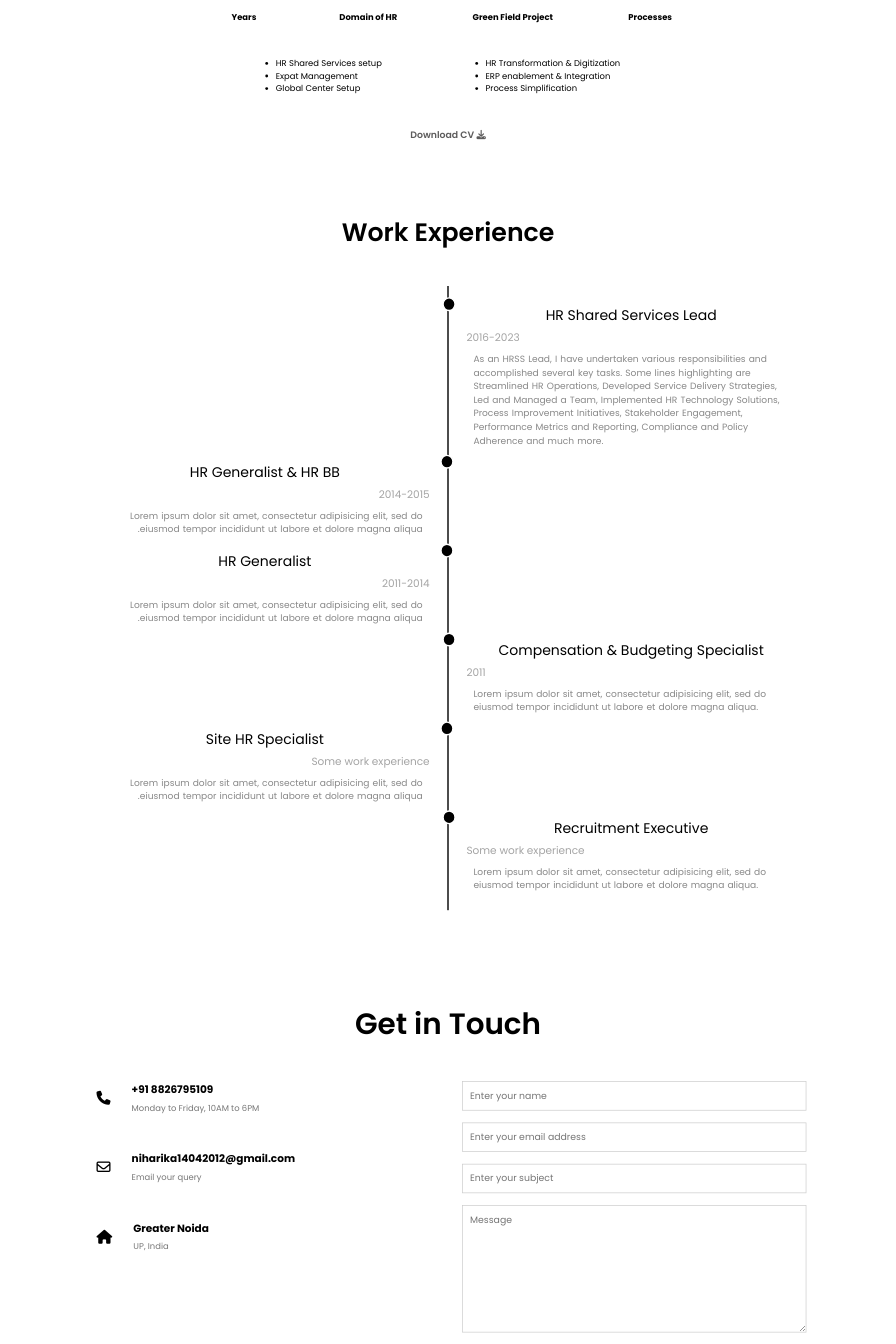
Repository: xoshiraghavx/Niharika-portfolio
Page: index.html
An editor plug-in stored every save of this project. The page is shown before and after a run of saves, followed by the edit.
The browser window is 1280 px wide. The pictures show the part of the page from y = 1102 to 3022 px (the page is 3145 px tall), at 70% of full size.
Some web libraries are served in a nearby version.

Above is the page before, as saved 2023-06-16 10:36:10.

After the next 3 saves:
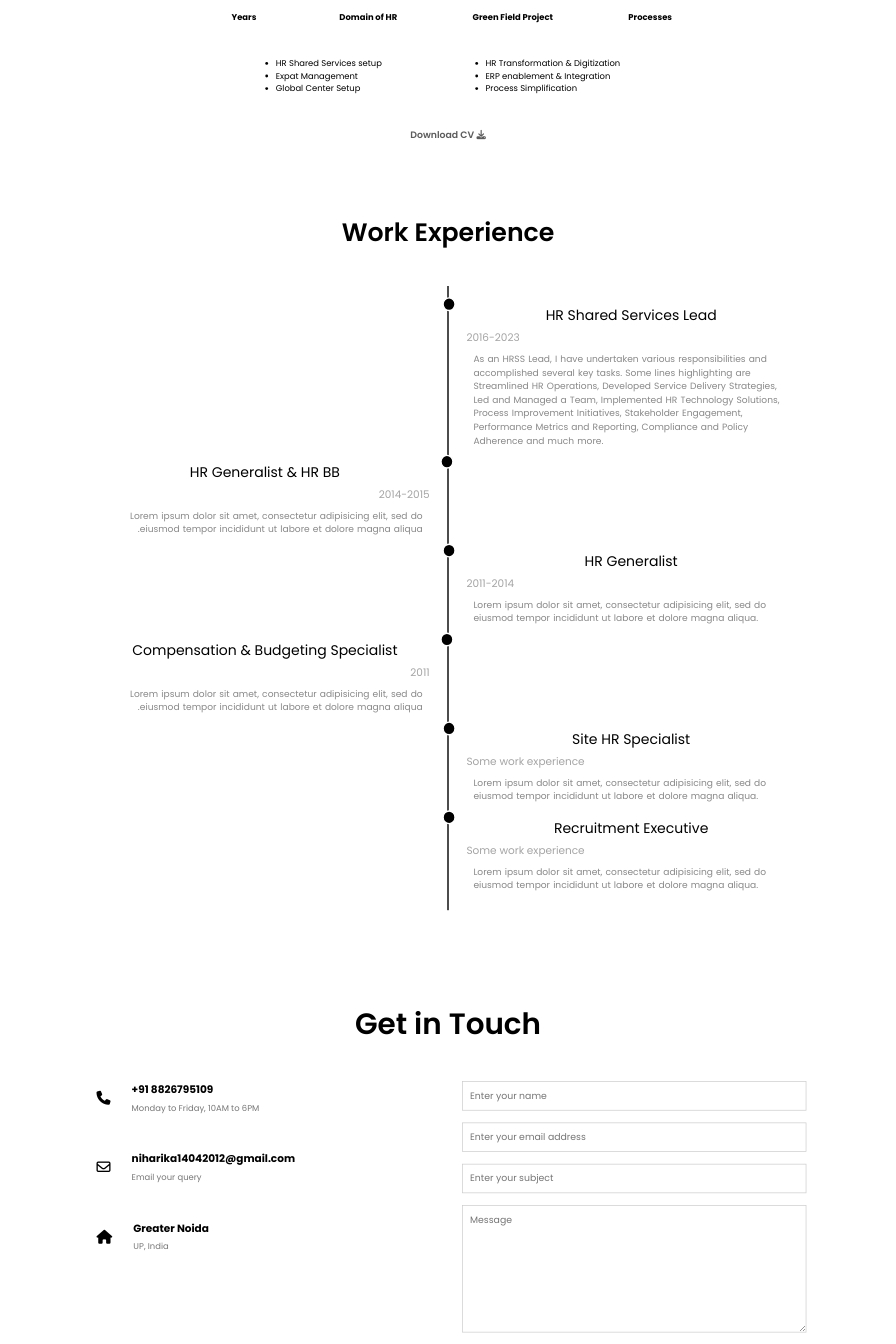
The 3 saves are shown as one change because they came seconds apart.
The last was saved 9 s later.
--- a/index.html
+++ b/index.html
@@ -134,7 +134,7 @@
                   <p>Lorem ipsum dolor sit amet, consectetur adipisicing elit, sed do eiusmod tempor incididunt ut labore et dolore magna aliqua.</p>
                </div>
             </div>
-            <div class="timeline-block timeline-block-left">
+            <div class="timeline-block timeline-block-right">
                 <div class="marker"></div>
                 <div class="timeline-content">
                    <h3>HR Generalist</h3>
@@ -142,7 +142,7 @@
                    <p>Lorem ipsum dolor sit amet, consectetur adipisicing elit, sed do eiusmod tempor incididunt ut labore et dolore magna aliqua.</p>
                 </div>
              </div>
-            <div class="timeline-block timeline-block-right">
+            <div class="timeline-block timeline-block-left">
                <div class="marker"></div>
                <div class="timeline-content">
                   <h3>Compensation & Budgeting Specialist </h3>
@@ -151,7 +151,7 @@
                </div>
             </div>
 
-            <div class="timeline-block timeline-block-left">
+            <div class="timeline-block timeline-block-right">
                <div class="marker"></div>
                <div class="timeline-content">
                   <h3>Site HR Specialist </h3>
